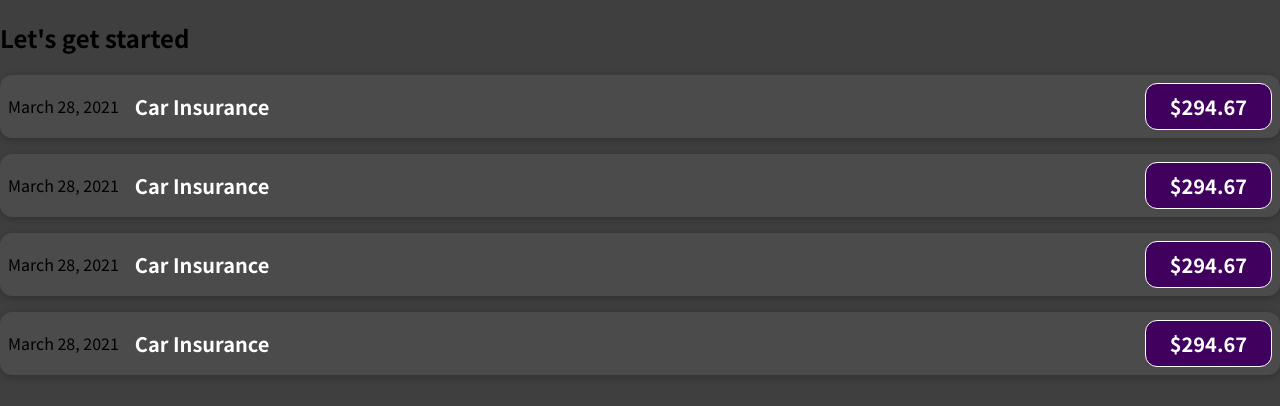
Repository: runner855/expense-tracker
Page: /
An editor plug-in stored every save of this project. The page is shown before and after the next save, followed by the edit.
The browser window is 1280 px wide. The pictures show the whole page.
The project was rebuilt for these pictures with package versions that can differ from the ones it lists, and the page was loaded fresh each time.

Above is the page before, as saved 2022-09-02 12:08:47.

### src/index.js
import React from 'react';
import ReactDOM from 'react-dom/client';
import './styles/index.css';
import App from './components/App';

const root = ReactDOM.createRoot(document.getElementById('root'));
root.render(
  <React.StrictMode>
    <App />
  </React.StrictMode>
);

### src/components/App.js
import React from 'react';
import ExpenseItem from '../components/ExpenseItem';


const App = () => {


  const expenses = [
    {
      id: 'e1',
      title: 'Toilet Paper',
      amount: 94.12,
      date: new Date(2020, 7, 14),
    },
    { id: 'e2', title: 'New TV', amount: 799.49, date: new Date(2021, 2, 12) },
    {
      id: 'e3',
      title: 'Car Insurance',
      amount: 294.67,
      date: new Date(2021, 2, 28),
    },
    {
      id: 'e4',
      title: 'New Desk (Wooden)',
      amount: 450,
      date: new Date(2021, 5, 12),
    },
  ];

  return (
    <div className="App">
      <h2>Let's get started</h2>
      <ExpenseItem title={expenses[0].title} amount={expenses[0].amount} date={expenses[0].date} />
      <ExpenseItem title={expenses[1].title} amount={expenses[1].amount} date={expenses[1].date} />
      <ExpenseItem title={expenses[2].title} amount={expenses[2].amount} date={expenses[2].date} />
      <ExpenseItem title={expenses[3].title} amount={expenses[3].amount} date={expenses[3].date} />



    </div>
  );
}

export default App;

### src/components/ExpenseItem.js
import React from 'react';
import '../styles/ExpenseItem.css'
import moment from 'moment';


const ExpenseItem = (props) => {
  console.log(props)
  const expenseDate = new Date(2021, 2, 28);
  const formattedDate = moment(expenseDate).format('LL')
  const expenseTitle = 'Car Insurance';
  const expenseAmount = 294.67;
  return (
    <div className='expense-item'>
      <div>{formattedDate}</div>
      <div className='expense-item__description'>
        <h2>{expenseTitle}</h2>
        <div className='expense-item__price'>${expenseAmount}</div>
      </div>
    </div>
  );
}

export default ExpenseItem;

### src/styles/ExpenseItem.css
.expense-item {
  display: flex;
  justify-content: space-between;
  align-items: center;
  box-shadow: 0 2px 8px rgba(0, 0, 0, 0.25);
  padding: 0.5rem;
  margin: 1rem 0;
  border-radius: 12px;
  background-color: #4b4b4b;
}

.expense-item__description {
  display: flex;
  flex-direction: column;
  gap: 1rem;
  align-items: flex-end;
  flex-flow: column-reverse;
  justify-content: flex-start;
  flex: 1;
}

.expense-item h2 {
  color: #3a3a3a;
  font-size: 1rem;
  flex: 1;
  margin: 0 1rem;
  color: white;
}

.expense-item__price {
  font-size: 1rem;
  font-weight: bold;
  color: white;
  background-color: #40005d;
  border: 1px solid white;
  padding: 0.5rem;
  border-radius: 12px;
}

@media (min-width: 580px) {
  .expense-item__description {
    flex-direction: row;
    align-items: center;
    justify-content: flex-start;
    flex: 1;
  }

  .expense-item__description h2 {
    font-size: 1.25rem;
  }

  .expense-item__price {
    font-size: 1.25rem;
    padding: 0.5rem 1.5rem;
  }
}

Loaded but not shown: public/index.html (common file); src/styles/index.css (common file)

After the next save:
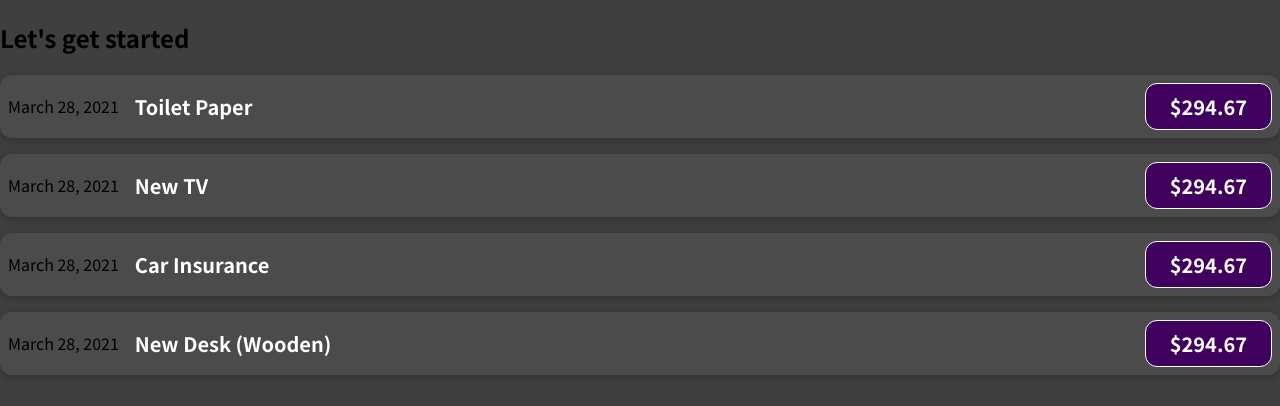
Saved 13 s later.
--- a/src/components/ExpenseItem.js
+++ b/src/components/ExpenseItem.js
@@ -13,7 +13,7 @@ const ExpenseItem = (props) => {
     <div className='expense-item'>
       <div>{formattedDate}</div>
       <div className='expense-item__description'>
-        <h2>{expenseTitle}</h2>
+        <h2>{props.title}</h2>
         <div className='expense-item__price'>${expenseAmount}</div>
       </div>
     </div>
